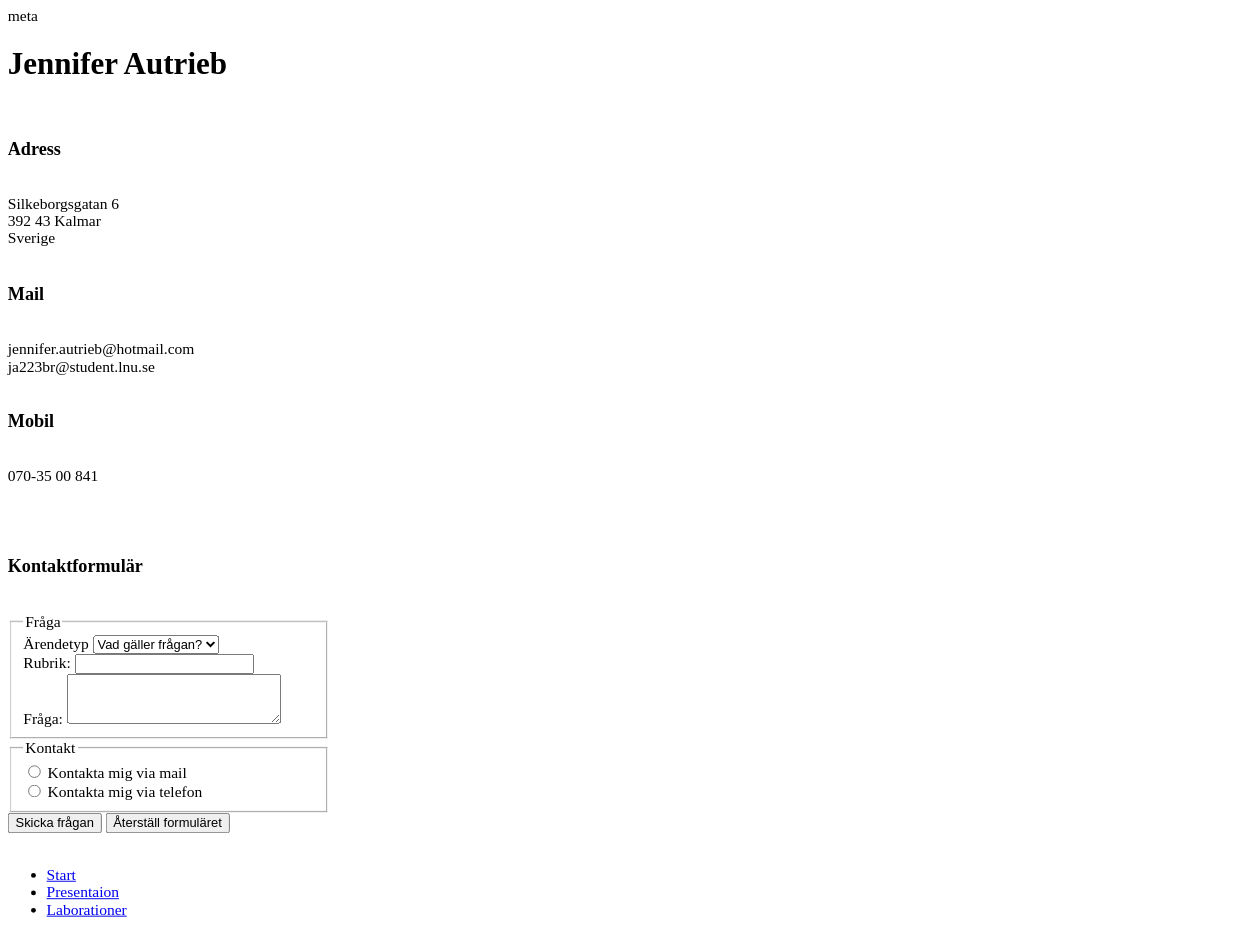
Repository: JeAut/1ik415-JeAut-laborationer
Page: WWW/pages/kontakt.html
The author's editor kept a record of every edit. The page is drawn from the files as they stood at one moment, then again after the next edit.
The browser window is 1280 px wide. The pictures show the whole page, at 97% of full size.

Above is the page before.

After the next edit:
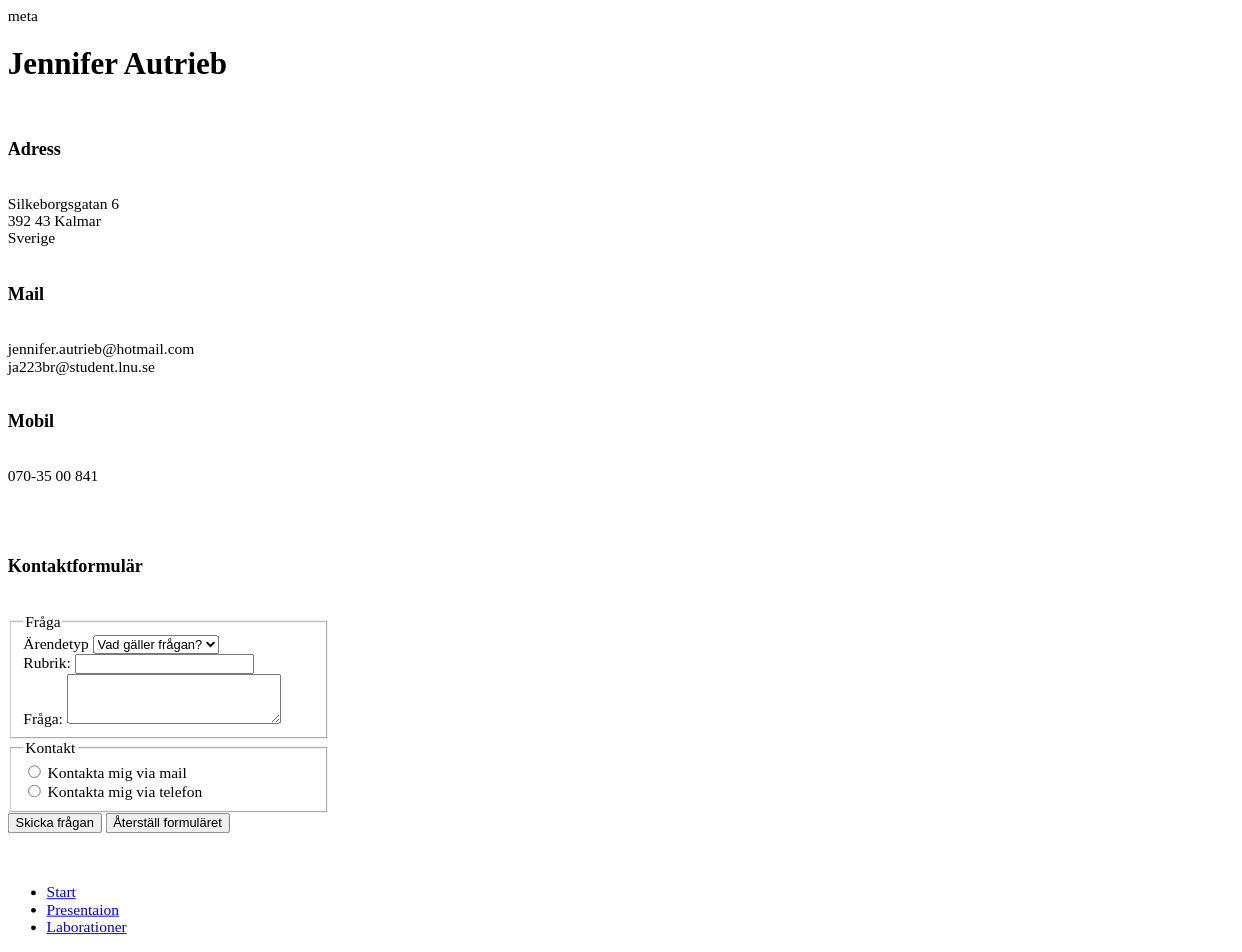
The edit:
--- a/WWW/pages/kontakt.html
+++ b/WWW/pages/kontakt.html
@@ -53,7 +53,7 @@
 
         <input type="submit" name="submit" id="submit" value="Skicka frågan" />
         <input type="reset" name="reset" id="reset" value="Återställ formuläret" />
-
+         </form>
         <br>
         <br>
         <ul>
